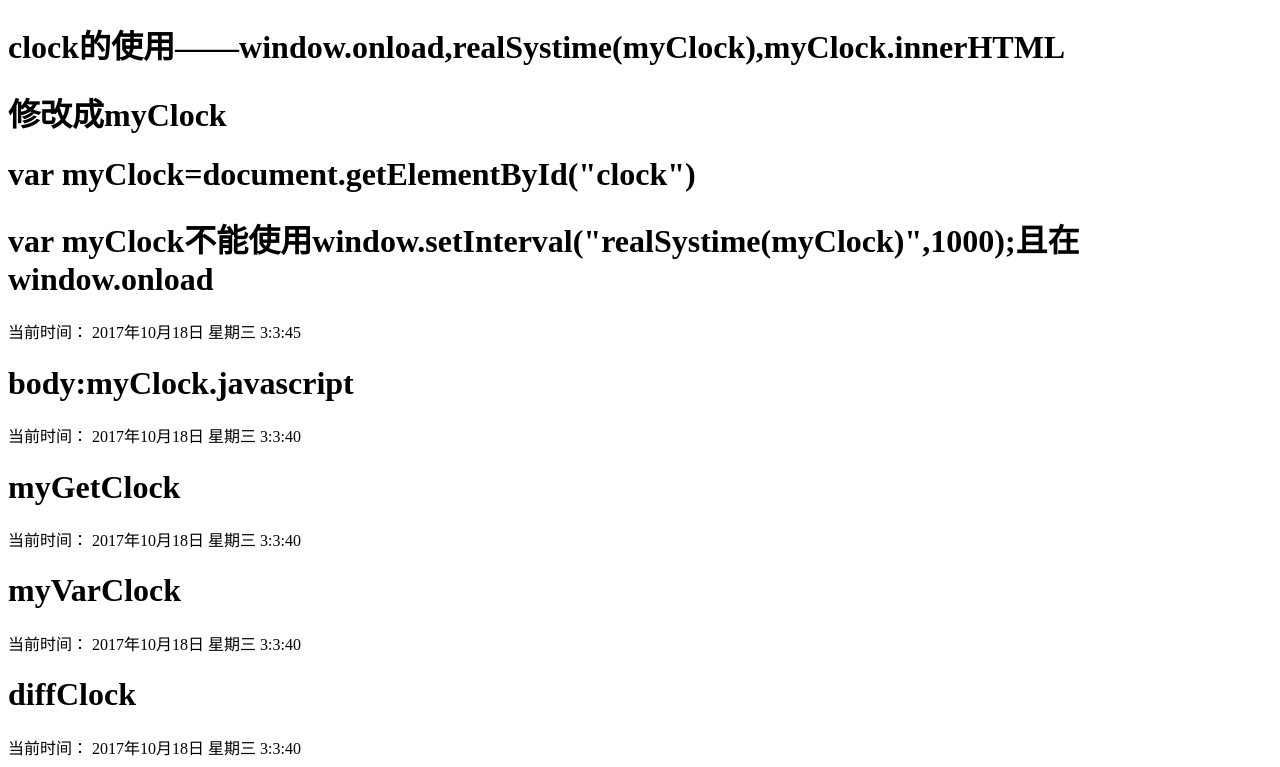
Repository: bookFireFly/bookFireFly
Page: JavaScriptMingriBook/Main/10实时显示系统时间.html
An editor plug-in stored every save of this project. The page is shown before and after the next save, followed by the edit.
The browser window is 1280 px wide. The pictures show the whole page.

Above is the page before, as saved 2017-10-20 09:54:28.

### JavaScriptMingriBook/Main/10实时显示系统时间.html
<!DOCTYPE html>
<html>
<head>
<meta charset="UTF-8">
<script type="text/javascript">
function realSystime(clock){
	var now=new Date();
	var year=now.getFullYear();
	var month=now.getMonth();
	var date=now.getDate();
	var day=now.getDay();
	var hour=now.getHours();
	var minu=now.getMinutes();
	var sec=now.getSeconds();
	month=month+1
	var arr_week=new Array("星期日","星期一","星期二","星期三","星期四","星期五","星期六")
	var week=arr_week[day];
	var time=year+"年"+month+"月"+date+"日 "+week+" "+hour+":"+minu+":"+sec;
	clock.innerHTML="当前时间： "+time;
}
window.onload=function(){
	window.setInterval("realSystime(clock)",1000);
}
</script>
<title>实时显示系统时间</title>
</head>
<body>
<h1>clock的使用——window.onload,realSystime(myClock),myClock.innerHTML</h1>
<h1>修改成myClock</h1>
<h1>var myClock=document.getElementById("clock")</h1>
<h1>var myClock不能使用window.setInterval("realSystime(myClock)",1000);且在window.onload</h1>
<div id="clock"></div>
<h1>body:myClock.javascript</h1>
<div id="myOnceClock"></div>
<script type="text/javascript">
	realSystime(myOnceClock);
</script>
<h1>myGetClock</h1>
<div id="myGetClock"></div>
<script type="text/javascript">
	realSystime(document.getElementById("myGetClock"));
</script>
<h1>myVarClock</h1>
<div id="myVarClock"></div>
<script type="text/javascript">
	var myVarClock=document.getElementById("myVarClock");
	realSystime(myVarClock);
</script>
<h1>diffClock</h1>
<div id="diffClock"></div>
<script type="text/javascript">
	var myDiffClock=document.getElementById("diffClock");
	realSystime(myDiffClock);
</script>
</body>
</html>

After the next save:
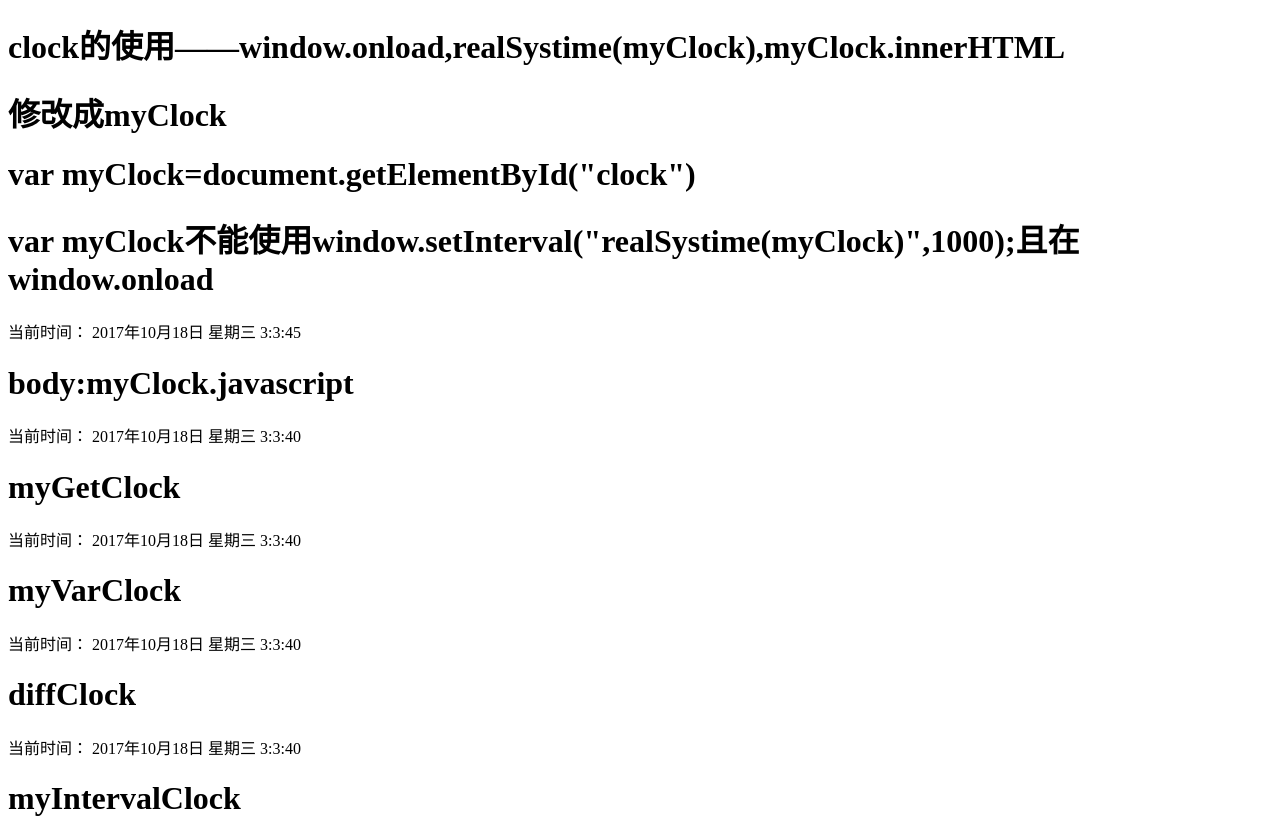
Saved 105 s later.
--- a/JavaScriptMingriBook/Main/10实时显示系统时间.html
+++ b/JavaScriptMingriBook/Main/10实时显示系统时间.html
@@ -52,5 +52,6 @@ window.onload=function(){
 	var myDiffClock=document.getElementById("diffClock");
 	realSystime(myDiffClock);
 </script>
+<h1>myIntervalClock</h1>
 </body>
 </html>
